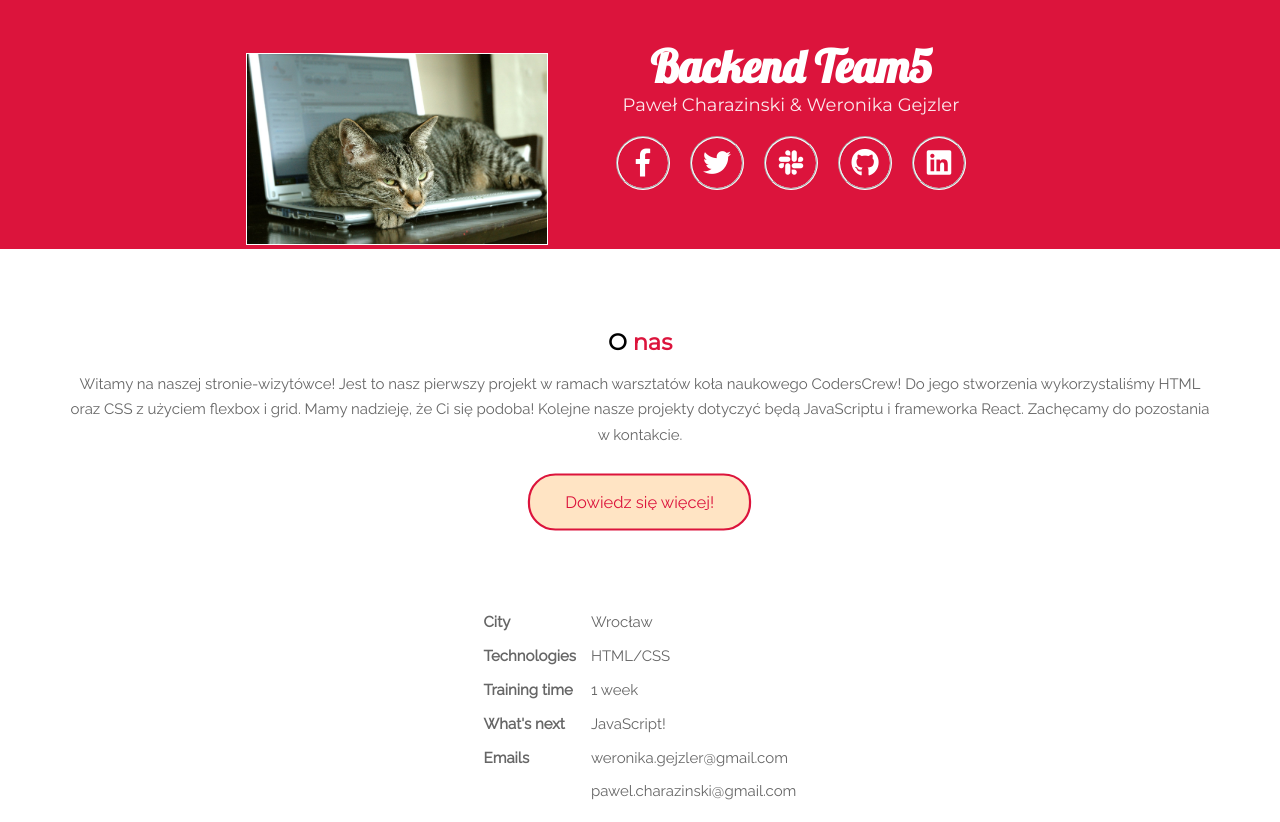
Repository: pietruszka/cc_proj1
Page: index.html
These files come from the project's save history. The page is drawn as it stood at one moment and after a run of saves; the edit follows.
The browser window is 1280 px wide. The pictures show the whole page.
The pointer rests on the first visible `#button`.
Some web libraries are served in a nearby version.

Above is the page before, as saved 2018-11-18 20:31:08.

### index.html
<!DOCTYPE html>
<html lang="en">

<head>
    <meta charset="UTF-8">
    <meta name="viewport" content="width=device-width, initial-scale=1.0">
    <link rel="stylesheet" href="./style.css" />
    <link href="https://fonts.googleapis.com/css?family=Lobster" rel="stylesheet">
    <link href="https://use.fontawesome.com/releases/v5.0.8/css/all.css" rel="stylesheet">
    <link href="https://fonts.googleapis.com/css?family=Montserrat" rel="stylesheet">
    <link href="https://fonts.googleapis.com/css?family=Raleway" rel="stylesheet">
    <title>BackendTeam5</title>
</head>

<body>


        <div id="top">
            <div id="photo"><img id="photo1" src="people.jpg" alt=""></div>
            <div id="heading">


               <h1 id="heading1">Backend Team5</h1>
               <h2 id="heading2">Paweł Charazinski &amp; Weronika Gejzler</h2>
               <div class="nav">

                <div class="nav-item">
                    <a href="#" class="fab fa-facebook-f"></a>
                </div>
                <div class="nav-item">
                    <a href="#" class="fab fa-twitter"></a>
                </div>

                <div class="nav-item">
                    <a href="#" class="fab fa-slack"></a>
                </div>
                <div class="nav-item">
                    <a href="#" class="fab fa-github"></a>
                </div>
                <div class="nav-item">
                    <a href="#" class="fab fa-linkedin"></a>
                </div>
            </div>


            </div>

        </div>

        <div id="bottom">
            <div id="about">
<h1 id="h_about">O <span style="color:crimson">nas</span></h1>
<p id="p_about">Witamy na naszej stronie-wizytówce! Jest to nasz pierwszy projekt w ramach warsztatów koła naukowego CodersCrew! Do jego stworzenia wykorzystaliśmy HTML oraz CSS z użyciem flexbox i grid. Mamy nadzieję, że Ci się podoba! Kolejne nasze projekty dotyczyć będą JavaScriptu i frameworka React. Zachęcamy do pozostania w kontakcie.</p>
<div id="button">Dowiedz się więcej!</div>


            </div>
            <div id="details">
<table>
    <tr>
        <td class="table"><b>City</b></td>
        <td class="table">Wrocław</td>
    </tr>
    <tr>
        <td class="table"><b>Technologies</b></td>
        <td class="table">HTML/CSS</td>
    </tr>
    <tr>
        <td class="table"><b>Training time</b></td>
        <td class="table">1 week</td>
    </tr>
    <tr>
        <td class="table"><b>What's next</b></td>
        <td class="table">JavaScript!</td>
    </tr>
    <tr>
        <td class="table"><b>Emails</b></td>
        <td class="table">weronika.gejzler@gmail.com
        </td>
    </tr>
    <tr><td class="table"></td><td class="table">pawel.charazinski@gmail.com
        </td></tr>

</table>
</div>
        </div>


</div>
</body>

</html>

### style.css
body{
    margin: 0 0 1vw 0;
    font-size: 15px;


}
#top{
   display: flex;
   flex-direction: row;
   flex-wrap: wrap;
   align-items: center;
   justify-content: center;

    background-color: crimson;
    color: white;



}
#photo{
align-self: flex-end;


}
#photo1{
width: auto;
height: auto;
   max-width: 300px;
   max-height: 200px;
   border: 1px solid white;

}

#heading{

  padding: 3vw;

}

#heading1 {

    font-size: 3em;
    font-weight: 700;
        font-family: 'Lobster', cursive;
    text-align: center;
    margin:0;
   }
   #heading2 {

    font-size: 1.2em;
    font-weight: 100;
    font-family:  Montserrat;
    text-align: center;
    margin: 0%;
    opacity: 0.9;
    }

    a {
        color: white;
        text-decoration: none;

    }
    .nav {
        display: flex;
        justify-content: center;
        margin: 20px;
        flex-wrap: wrap;

    }

    .nav-item {

        animation: show 0.5s ease-in-out forwards;

        transition: all 0.3s ease-in-out;
        border-radius: 100%;
        border: groove 2px white;

        width: 50px;
        height: 50px;
        margin: 0 10px;
        display: flex;
        align-items: center;
        justify-content: center;

    }

    .nav-item:hover {
        cursor: pointer;

        opacity: 0.8;

    }

    .nav-item a:hover {

        opacity: 0.5;

    }

    .nav-item a {
        font-size: 28px;

    }

#bottom{
    display: flex;
    flex-direction: column;
    align-items: center;



}
#about{
   margin: 5vw;

   text-align: center;
}
#h_about{
   font-family:  Montserrat;
    font-style: Bold;
    font-size: 1.5em;

        line-height: 29px;

}
#p_about{
   color: #666666;
   Font-Family: Raleway;
Font-Style: Regular;

Line-Height: 1.7em;

}
#button{
    margin: 1vw;
    border: 2px solid crimson;
    border-radius: 25px;
    background-color: white;
    color: crimson;

    padding: 15px 32px;
    text-align: center;
    text-decoration: none;
    display: inline-block;

    Font-Family: Raleway;
}

#button:hover {
    cursor: pointer;
    background-color: bisque;
    transform: scale(1.1);

}


#details{

    color: #666666;
    Font-Family: Raleway;
 Font-Style: Regular;

 Line-Height: 19px;
 text-Align: Left;
 grid-area: details;
}
.table{
    padding: 0.5vw;
}

After the next 2 saves:
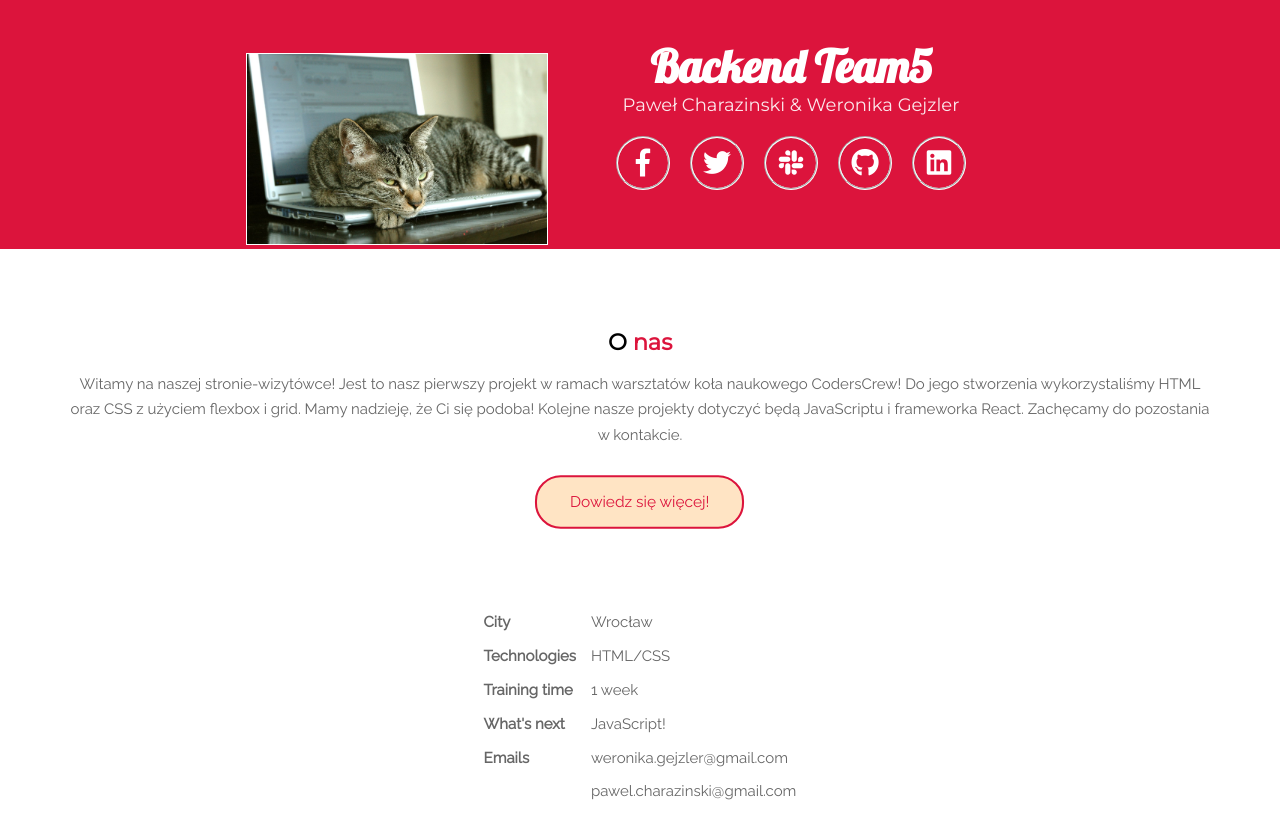
The 2 saves are shown as one change because they came seconds apart.
The last was saved 16 s later.
--- a/style.css
+++ b/style.css
@@ -150,7 +150,7 @@ Line-Height: 1.7em;
 #button:hover {
     cursor: pointer;
     background-color: bisque;
-    transform: scale(1.1);
+    transform: scale(1.03);
 
 }
 
